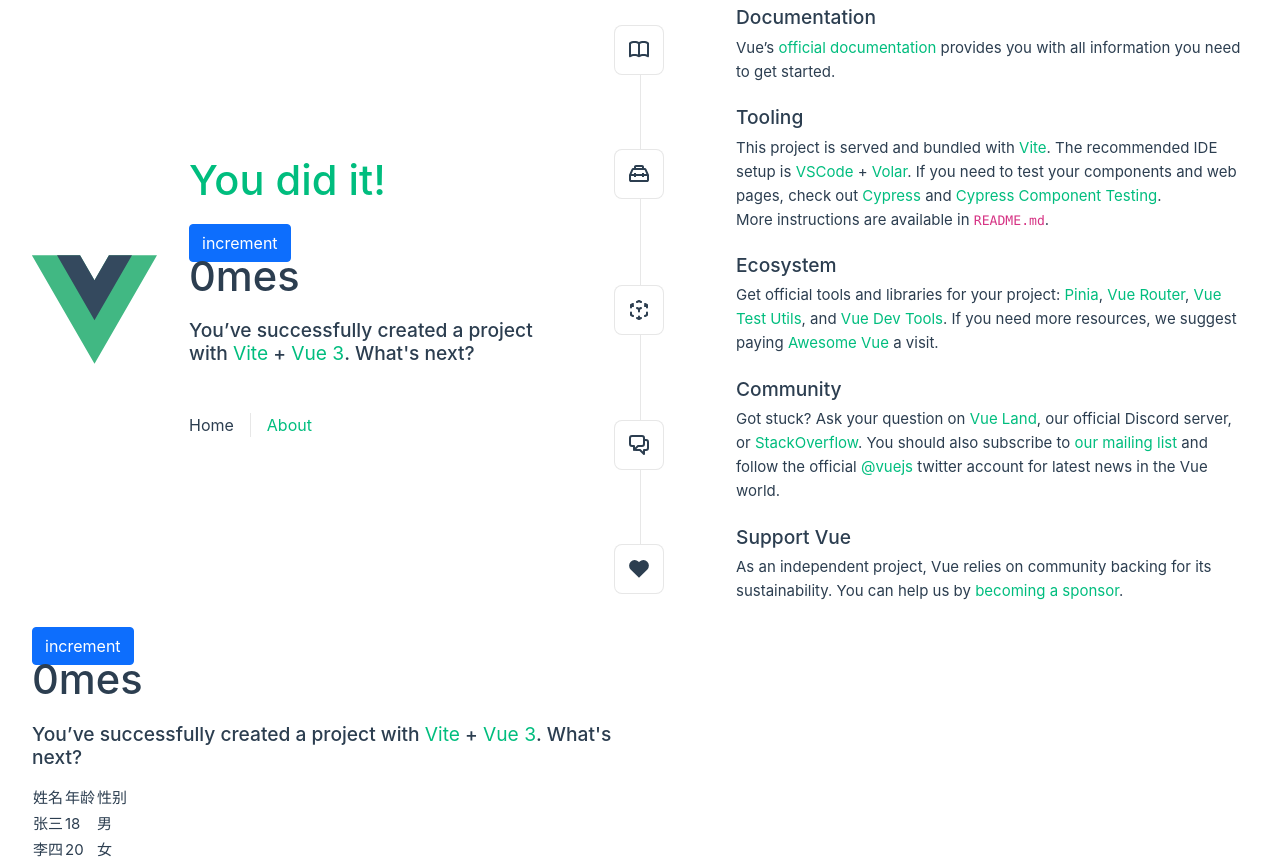
Repository: yuandinghh/vue
Page: /
The author's editor kept a copy of each file at every save. The page is drawn from the files as they stood at one save, then again after the next save.
The browser window is 1280 px wide. The pictures show the whole page.
The project was rebuilt for these pictures with package versions that can differ from the ones it lists, and the page was loaded fresh each time. Also part of the build but not shown: vite.config.ts.

Above is the page before, as saved 2023-03-21 23:51:23.

After the next save:
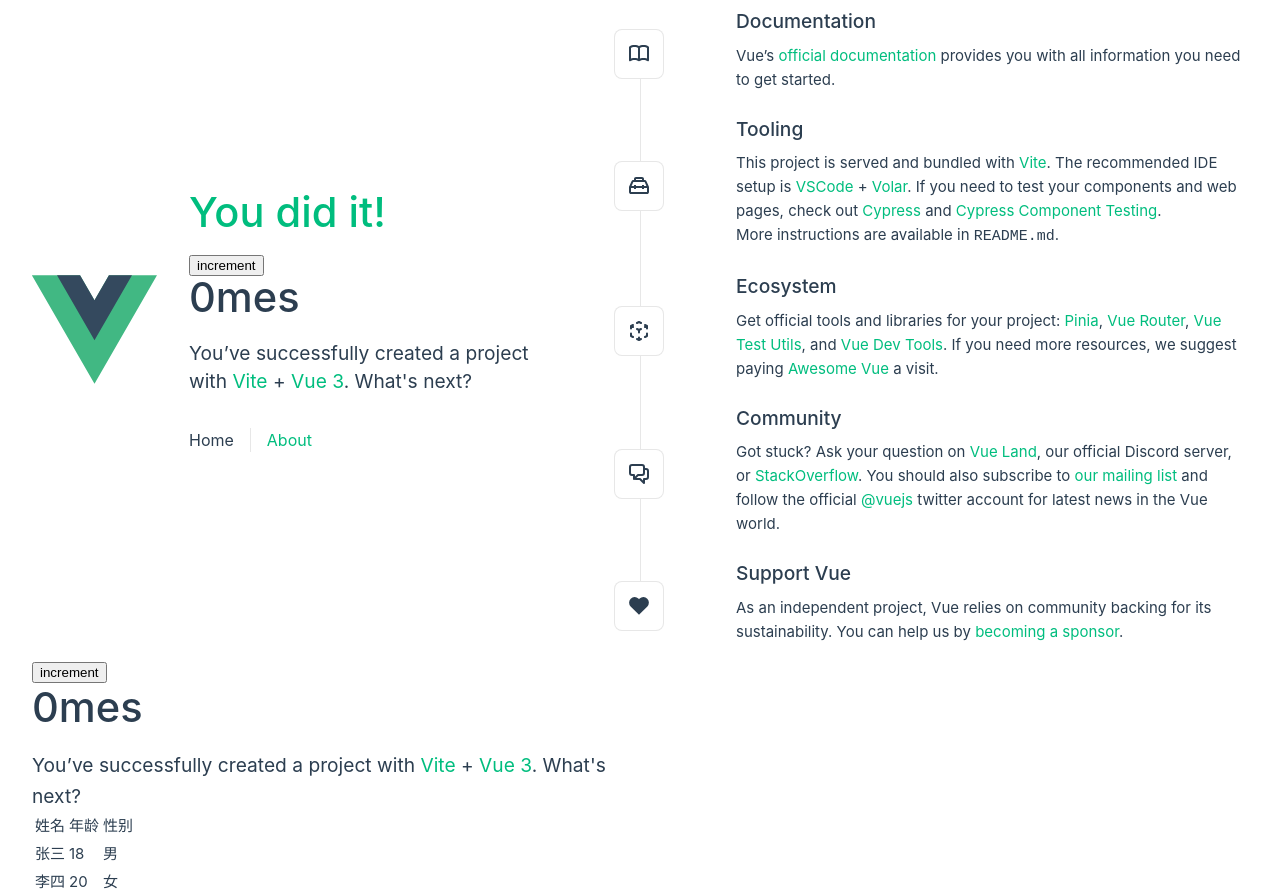
Saved 19 s later.
--- a/index.html
+++ b/index.html
@@ -4,8 +4,8 @@
     <meta charset="UTF-8">
     <link rel="icon" href="/favicon.ico">
     <meta name="viewport" content="width=device-width, initial-scale=1.0">
-    <link href="https://cdn.staticfile.org/twitter-bootstrap/5.1.1/css/bootstrap.min.css" rel="stylesheet">
-    <script src="https://cdn.staticfile.org/twitter-bootstrap/5.1.1/js/bootstrap.bundle.min.js"></script>
+    <!-- <link href="https://cdn.staticfile.org/twitter-bootstrap/5.1.1/css/bootstrap.min.css" rel="stylesheet">
+    <script src="https://cdn.staticfile.org/twitter-bootstrap/5.1.1/js/bootstrap.bundle.min.js"></script> -->
     <title>Vite App</title>
   </head>
   <body>

After the save that followed:
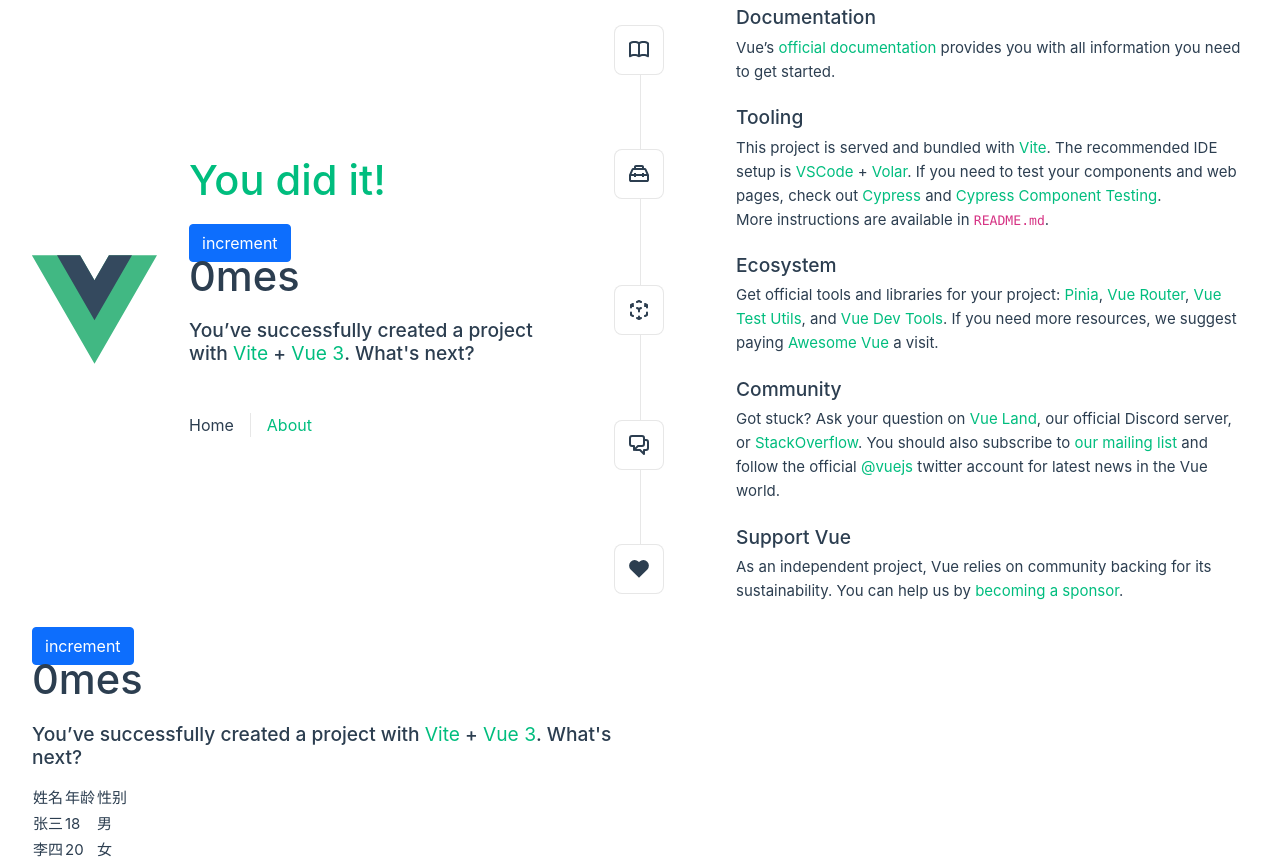
Saved 55 s later.
--- a/index.html
+++ b/index.html
@@ -4,8 +4,8 @@
     <meta charset="UTF-8">
     <link rel="icon" href="/favicon.ico">
     <meta name="viewport" content="width=device-width, initial-scale=1.0">
-    <!-- <link href="https://cdn.staticfile.org/twitter-bootstrap/5.1.1/css/bootstrap.min.css" rel="stylesheet">
-    <script src="https://cdn.staticfile.org/twitter-bootstrap/5.1.1/js/bootstrap.bundle.min.js"></script> -->
+    <link href="https://cdn.staticfile.org/twitter-bootstrap/5.1.1/css/bootstrap.min.css" rel="stylesheet">
+    <script src="https://cdn.staticfile.org/twitter-bootstrap/5.1.1/js/bootstrap.bundle.min.js"></script>
     <title>Vite App</title>
   </head>
   <body>
